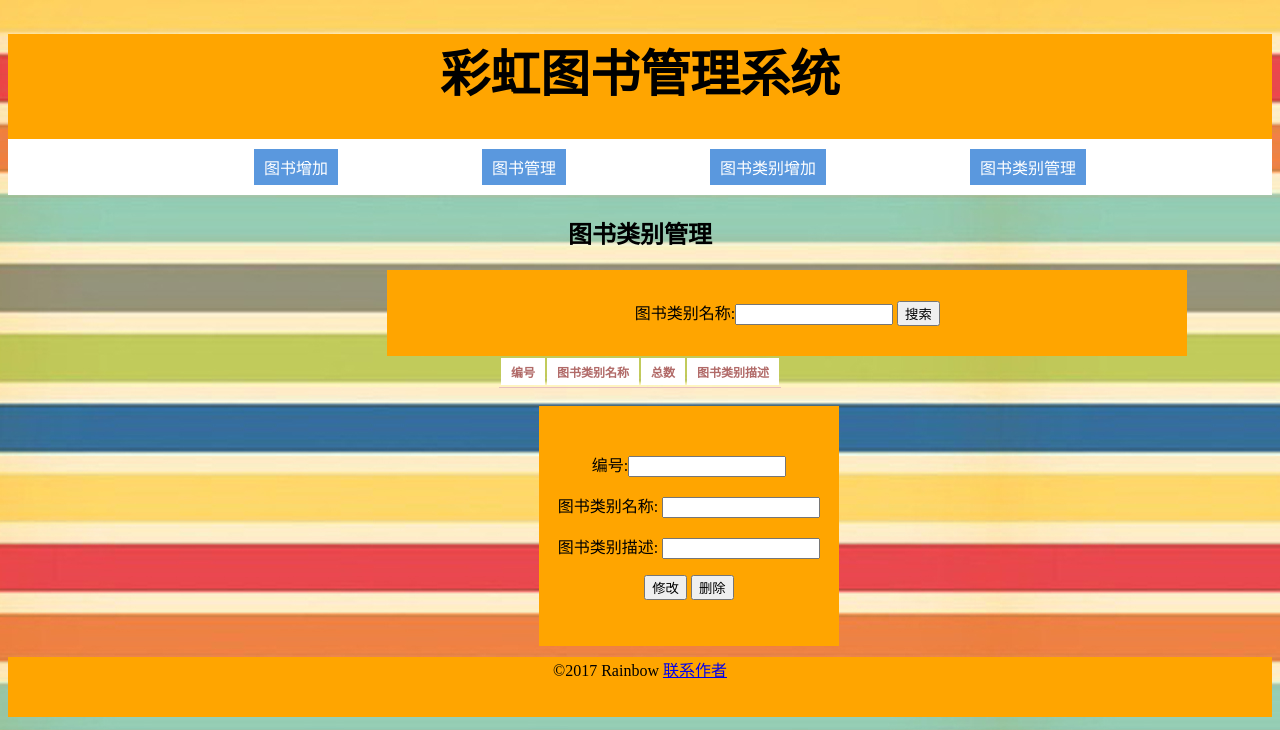
Repository: Rainbow-Chua/learningcode
Page: http://localhost/MyBookManager/BookTypeManager.jsp
These files come from the project's save history. The page is drawn as it stood at one moment and after the next save; the edit follows.
The browser window is 1280 px wide. The pictures show the whole page.
The page is served by Tomcat 9. Other server files are loaded and not shown. The template is opened directly, without the code that normally fills it, so the values that code supplies are empty.

Above is the page before, as saved 2017-12-03 01:40:27.

### MyBookManager/WebContent/BookTypeManager.jsp
<%@ page language="java" contentType="text/html; charset=utf-8"
	pageEncoding="utf-8"%>
<%@ page language="java" import="java.util.*"%>
<%@ page import="java.sql.Connection"%>
<%@ page import="java.sql.ResultSet"%>
<%@ page import="com.rainbowpro.util.*"%>
<%@ page import="com.rainbowpro.dao.*"%>
<%@ page import="com.rainbowpro.model.*"%>
<!DOCTYPE html PUBLIC "-//W3C//DTD HTML 4.01 Transitional//EN" "http://www.w3.org/TR/html4/loose.dtd">
<html>
<head>
<style type="text/css">
div {
	text-align: center;
}

body {
	background-image: url("images/bgi.jpg");
	background-repeat: repeat;
}

h2 {
	text-align: center;
}
/* Border styles */
#table-2 thead, #table-2 tr {
	border-top-width: 1px;
	border-top-style: solid;
	border-top-color: rgb(230, 189, 189);
}

#table-2 tr:HOVER td {
	background-color: red;
}

#table-2 {
	border-bottom-width: 1px;
	border-bottom-style: solid;
	border-bottom-color: rgb(230, 189, 189);
}

/* Padding and font style */
#table-2 td, #table-2 th {
	padding: 5px 10px;
	font-size: 12px;
	font-family: Verdana;
	color: rgb(177, 106, 104);
}

/* Alternating background colors */
#table-2 tr:nth-child(even) {
	background: rgb(238, 211, 210)
}

#table-2 tr:nth-child(odd) {
	background: #FFF
}
</style>
</head>
<%@ include file="Headermain.jsp"%>
<body onload="IniEvent()">
<h2 style = "text-align: center">图书类别管理</h2>
	<div>
		<form action="booktypemanager.do" method="get"
			style="background-color: orange; position: relative; width: 800px; left: 30%; padding-top: 30px; padding-bottom: 30px">
			<p style="display: inline;">
				图书类别名称:<input id="bookTypeName" type="text" name="bookTypeName"
					style="width: 150px;" />
			</p>
			<p style="display: inline;">
				<input type="submit" value="搜索">
			</p>
		</form>
	</div>
	<%!ArrayList list = null;%>
	<%
		if (request.getAttribute("list") != null) {
			list = (ArrayList) request.getAttribute("list");
		}
	%>
	<table id="table-2" align="center">
		<tr>
			<th>编号</th>
			<th>图书类别名称</th>
			<th>总数</th>
			<th>图书类别描述</th>
		</tr>
		<%
			if (list != null) {
				for (int i = 0; i < list.size(); i++) {
					BookType booktype = (BookType) list.get(i);
		%>
		<tr>
			<th><%=booktype.getId()%></th>
			<th><%=booktype.getBookTypeName()%></th>
			<th><%=booktype.getNum()%></th>
			<th><%=booktype.getBookTypeDesc()%></th>
		</tr>
		<%
			}
		}
		%>
	</table>
	<br>
	<div>
		<form action="booktypemanager.do" method="post"
			onsubmit="return checkForm(this);"
			style="background-color: orange; position: relative; left: 42%; width: 300px;padding-top: 30px; padding-bottom: 30px ">
			<p>
				编号:<input id="bookTypeId" name="bookTypeId" type="text" readonly="readonly" style="width: 150px;">
			</p>
			<p>
				图书类别名称: <input id="bookTypeName1" type="text" name="bookTypeName1"
					style="width: 150px;" />
			</p>
			<p>
				图书类别描述: <input id="bookTypeDec1" type="text" name="bookTypeDec1" style="width: 150px;">
			</p>
			<p>
				<input type="submit" name="modify" value="修改"> <input type="submit" name="delete" value="删除">
			</p>
		</form>
	</div>
	<script type="text/javascript">
		function IniEvent() {
			var tbl = document.getElementById("table-2");
			var trs = tbl.getElementsByTagName("tr");
			for (var i = 0; i < trs.length; i++) {
				trs[i].onclick = TrOnClick;
			}
		}
		function TrOnClick() {
			var tbl = document.getElementById("table-2");
			var trs = tbl.getElementsByTagName("tr");
			for (var i = 1; i < trs.length; i++) {
				if (trs[i] == this) { //判断是不是当前选择的行
					trs[i].style.background = "yellow";
					var x=document.getElementById('table-2').rows[i].cells;
					document.getElementById("bookTypeId").setAttribute("value", x[0].innerHTML);
					document.getElementById("bookTypeName1").setAttribute("value", x[1].innerHTML);
					document.getElementById("bookTypeDec1").setAttribute("value", x[3].innerHTML);
				} else {
					if(i%2 == 0){
						trs[i].style.background = "white";
					} else {
						trs[i].style.background = "rgb(238, 211, 210)";
					}
				}
			}
		}
	</script>
</body>
<%@ include file="Footer.jsp"%>
</html>

### MyBookManager/WebContent/Headermain.jsp
<%@ page language="java" contentType="text/html; charset=utf-8"
	pageEncoding="utf-8"%>
<!DOCTYPE html PUBLIC "-//W3C//DTD HTML 4.01 Transitional//EN" "http://www.w3.org/TR/html4/loose.dtd">
<html>
<head>
<style type="text/css">
.h {
	width: 100%;
	background: orange;
	color: black;
	text-align: center;
	text-shadow: silver;
}
.menus {
    z-index: 2;
    margin: 10px 0;
    background: #fff;
}
.g-gc {
    display: inline-block;
    vertical-align: top;
    margin: 10px;
    margin-left: 130px;
    padding:6px;
    padding-left: 10px;
    padding-right: 10px;
    background: #5a98de;
    position:relative;
    right: 50px;
}
.a-1 {
    color: #fff;
    text-decoration: none;
    outline: 0;
}
.a-1:HOVER {
	text-decoration: underline;
}
</style>
</head>
<body>
	<div class="h">
		<h1 style="font-size: 50px; font-weight: bold; color: black;">彩虹图书管理系统</h1>
		<ul class="menus">
			<li class="g-gc"><a href="addBook.jsp" class="a-1">图书增加</a></li>
			<li class="g-gc"><a href="BookManager.jsp" class="a-1">图书管理</a></li>
			<li class="g-gc"><a href="addBookType.jsp" class="a-1">图书类别增加</a></li>
			<li class="g-gc"><a href="BookTypeManager.jsp" class="a-1">图书类别管理</a></li>
		</ul>
	</div>
</body>
</html>

### MyBookManager/WebContent/Footer.jsp
<%@ page language="java" contentType="text/html; charset=utf-8"
    pageEncoding="utf-8"%>
<!DOCTYPE html PUBLIC "-//W3C//DTD HTML 4.01 Transitional//EN" "http://www.w3.org/TR/html4/loose.dtd">
<html>
<head>
<style type="text/css">
.f {
	width: 100%;
	height: 60px;
	background: orange;
	color: black;
	text-align: center;
	text-shadow: silver;
	position: relative;
	bottom: 5px;
}
</style>
</head>
<body>
	<div class="f">
		<p id="cp">©2017&nbsp;Rainbow&nbsp;<a href="mailto:caihong@stu.shmtu.edu.cn">联系作者</a></p>
	</div>
</body>
</html>

After the next save:
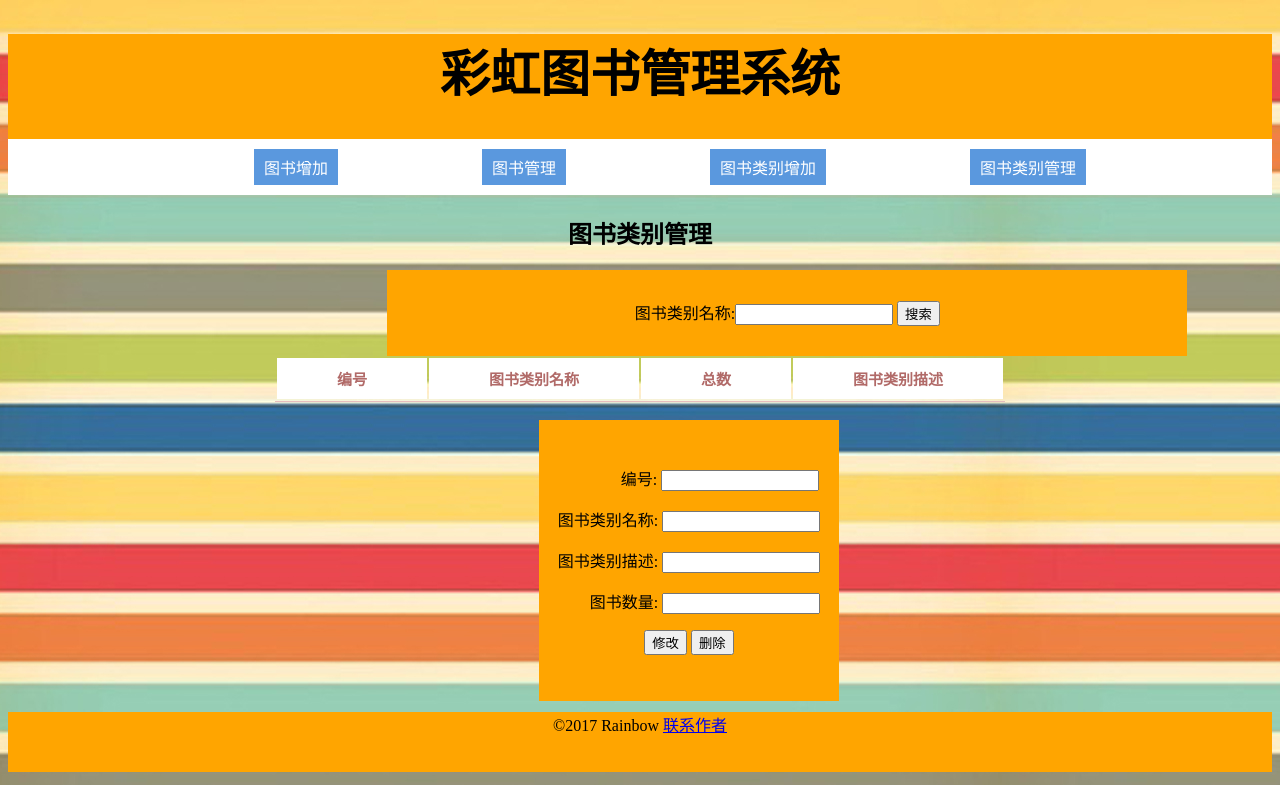
Saved 5 min 45 s later.
--- a/MyBookManager/WebContent/BookTypeManager.jsp
+++ b/MyBookManager/WebContent/BookTypeManager.jsp
@@ -41,8 +41,8 @@ h2 {
 
 /* Padding and font style */
 #table-2 td, #table-2 th {
-	padding: 5px 10px;
-	font-size: 12px;
+	padding: 10px 60px;
+    font-size: 15px;
 	font-family: Verdana;
 	color: rgb(177, 106, 104);
 }
@@ -107,7 +107,7 @@ h2 {
 			onsubmit="return checkForm(this);"
 			style="background-color: orange; position: relative; left: 42%; width: 300px;padding-top: 30px; padding-bottom: 30px ">
 			<p>
-				编号:<input id="bookTypeId" name="bookTypeId" type="text" readonly="readonly" style="width: 150px;">
+				<span style="position: relative; left:31px;">编号: <input id="bookTypeId" name="bookTypeId" type="text" readonly="readonly" style="width: 150px;"></span>
 			</p>
 			<p>
 				图书类别名称: <input id="bookTypeName1" type="text" name="bookTypeName1"
@@ -117,11 +117,21 @@ h2 {
 				图书类别描述: <input id="bookTypeDec1" type="text" name="bookTypeDec1" style="width: 150px;">
 			</p>
 			<p>
+				<span style="position: relative; left:16px;">图书数量: <input id="bookNum1" type="text" name="bookNum1" readonly="readonly" style="width: 150px;"></span>
+			</p>
+			<p>
 				<input type="submit" name="modify" value="修改"> <input type="submit" name="delete" value="删除">
 			</p>
 		</form>
 	</div>
 	<script type="text/javascript">
+	function checkForm(form) {
+		if(parseInt(form.bookNum1.value) > 0) {
+			alert("该类别下还有图书!请勿删除");
+			return false;
+		}
+		return true;
+	}
 		function IniEvent() {
 			var tbl = document.getElementById("table-2");
 			var trs = tbl.getElementsByTagName("tr");
@@ -139,6 +149,7 @@ h2 {
 					document.getElementById("bookTypeId").setAttribute("value", x[0].innerHTML);
 					document.getElementById("bookTypeName1").setAttribute("value", x[1].innerHTML);
 					document.getElementById("bookTypeDec1").setAttribute("value", x[3].innerHTML);
+					document.getElementById("bookNum1").setAttribute("value", x[2].innerHTML);
 				} else {
 					if(i%2 == 0){
 						trs[i].style.background = "white";
